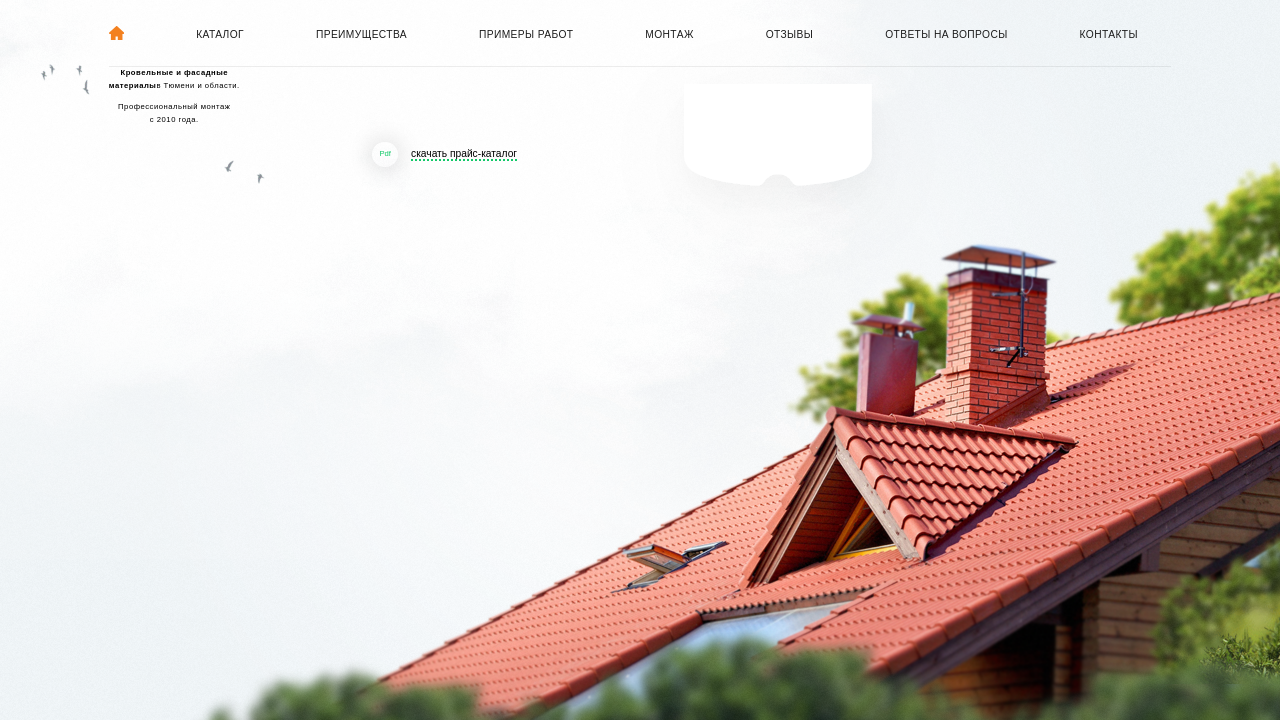
Repository: dima-hacker0/test_task_deyneka
Page: /
The author's editor kept a copy of each file at every save. The page is drawn from the files as they stood at one save, then again after the next save.
The browser window is 1280 px wide. The pictures show the whole page.
The project was rebuilt for these pictures with package versions that can differ from the ones it lists, and the page was loaded fresh each time.

Above is the page before, as saved 2022-06-22 16:40:54.

After the next save:
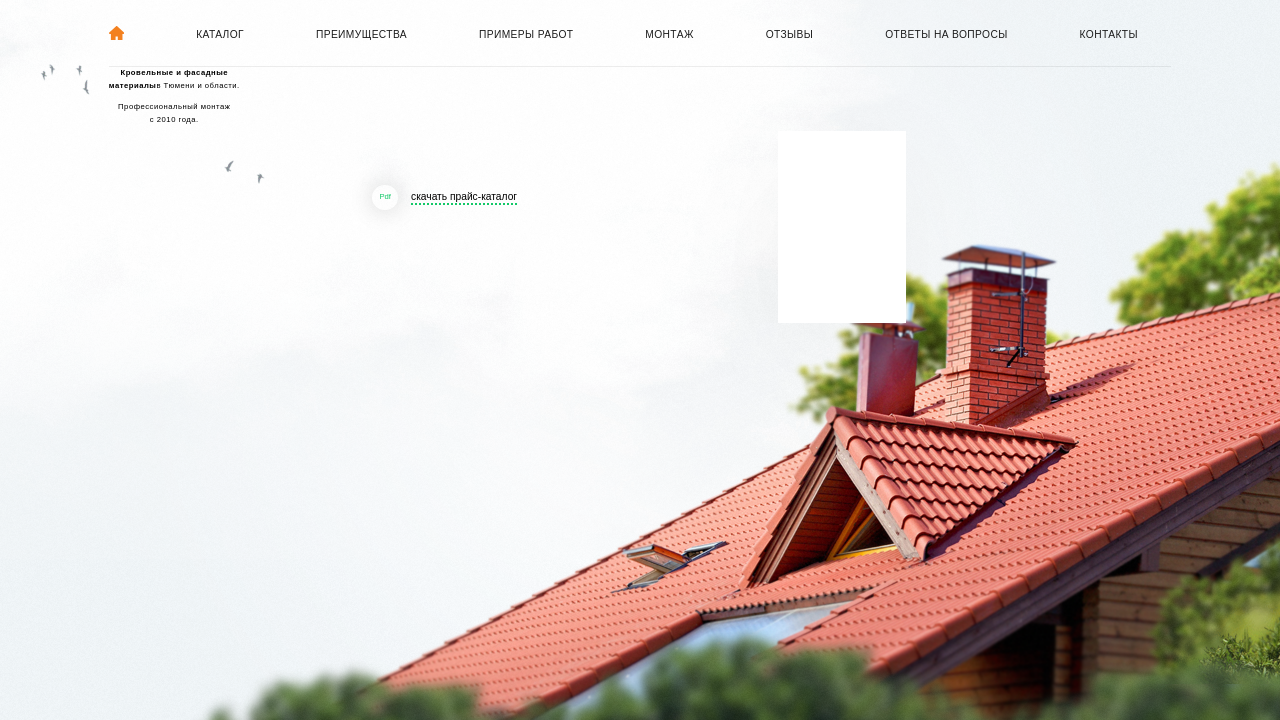
Saved 2 min 38 s later.
--- a/src/svg/svg.jsx
+++ b/src/svg/svg.jsx
@@ -18,7 +18,7 @@
       return (
         <svg
           className={styles}
-          viewBox="0 0 374 248"
+          viewBox="0 0 100 100"
           fill="none"
           xmlns="http://www.w3.org/2000/svg"
         >

After the save that followed:
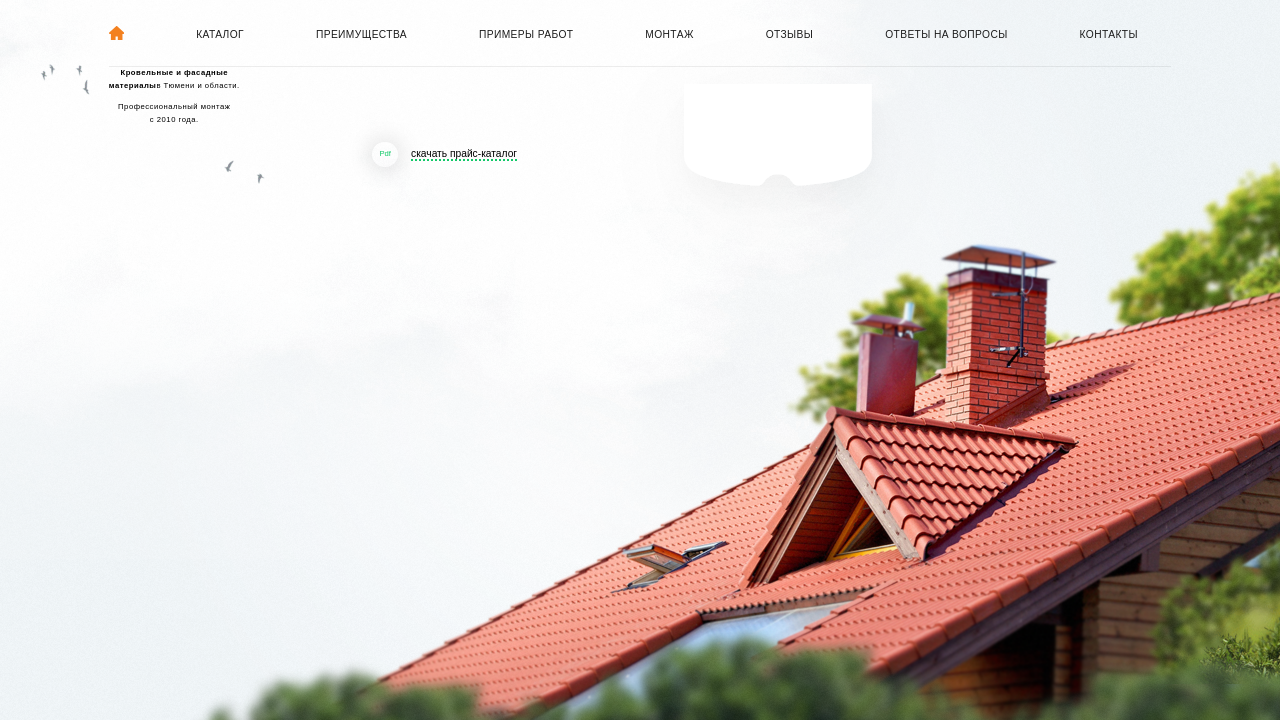
Saved 20 s later.
--- a/src/svg/svg.jsx
+++ b/src/svg/svg.jsx
@@ -18,7 +18,7 @@
       return (
         <svg
           className={styles}
-          viewBox="0 0 100 100"
+          viewBox="0 0 374 248"
           fill="none"
           xmlns="http://www.w3.org/2000/svg"
         >
